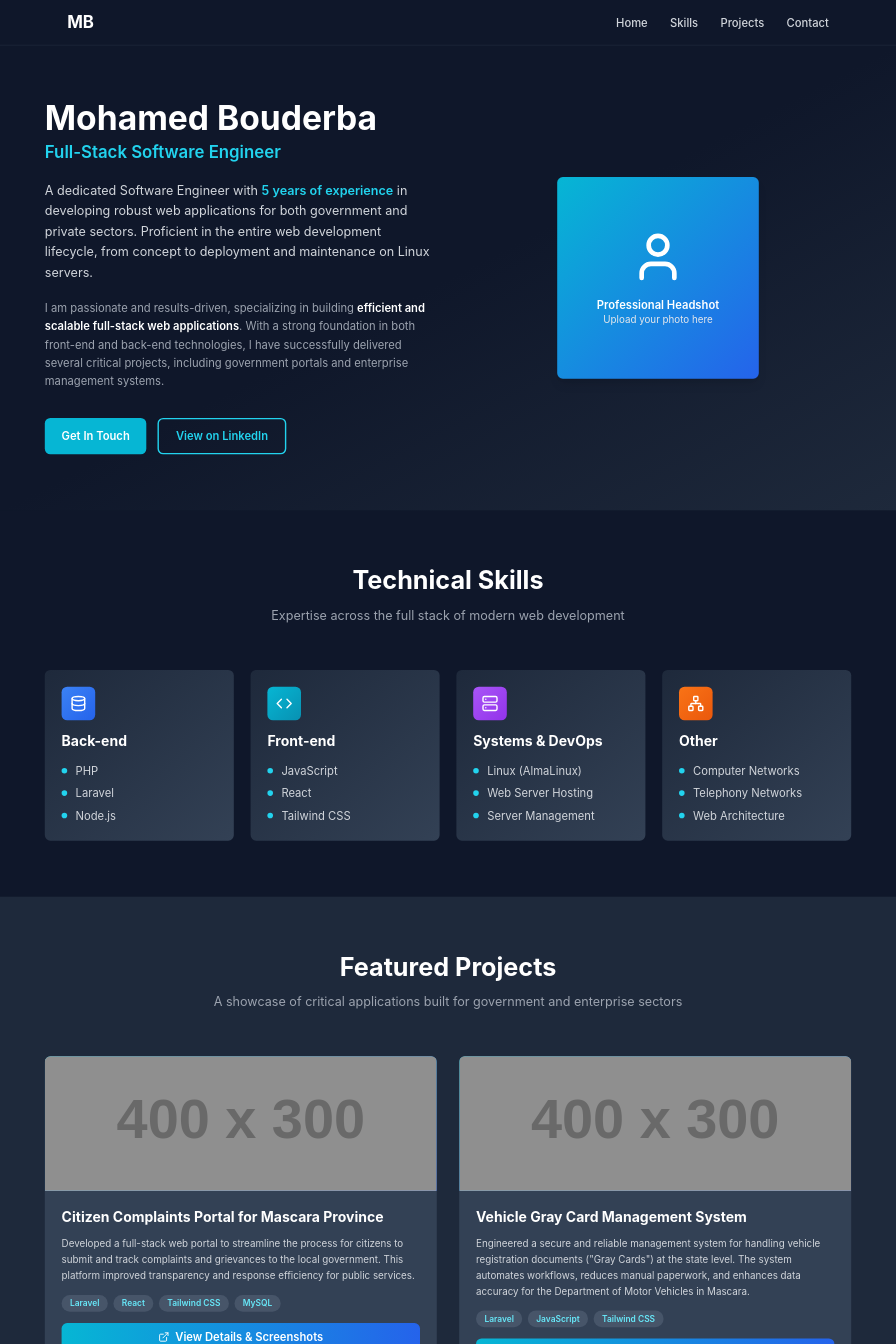
Repository: BouderbaM/portfloio
Page: /
These files come from the project's save history. The page is drawn as it stood at one moment and after the next save; the edit follows.
The browser window is 1280 px wide. The pictures show the part of the page from y = 0 to 1920 px (the page is 3404 px tall), at 70% of full size.
The project was rebuilt for these pictures with package versions that can differ from the ones it lists, and the page was loaded fresh each time. Also part of the build but not shown: vite.config.js.

Above is the page before, as saved 2025-11-29 20:32:43.

After the next save:
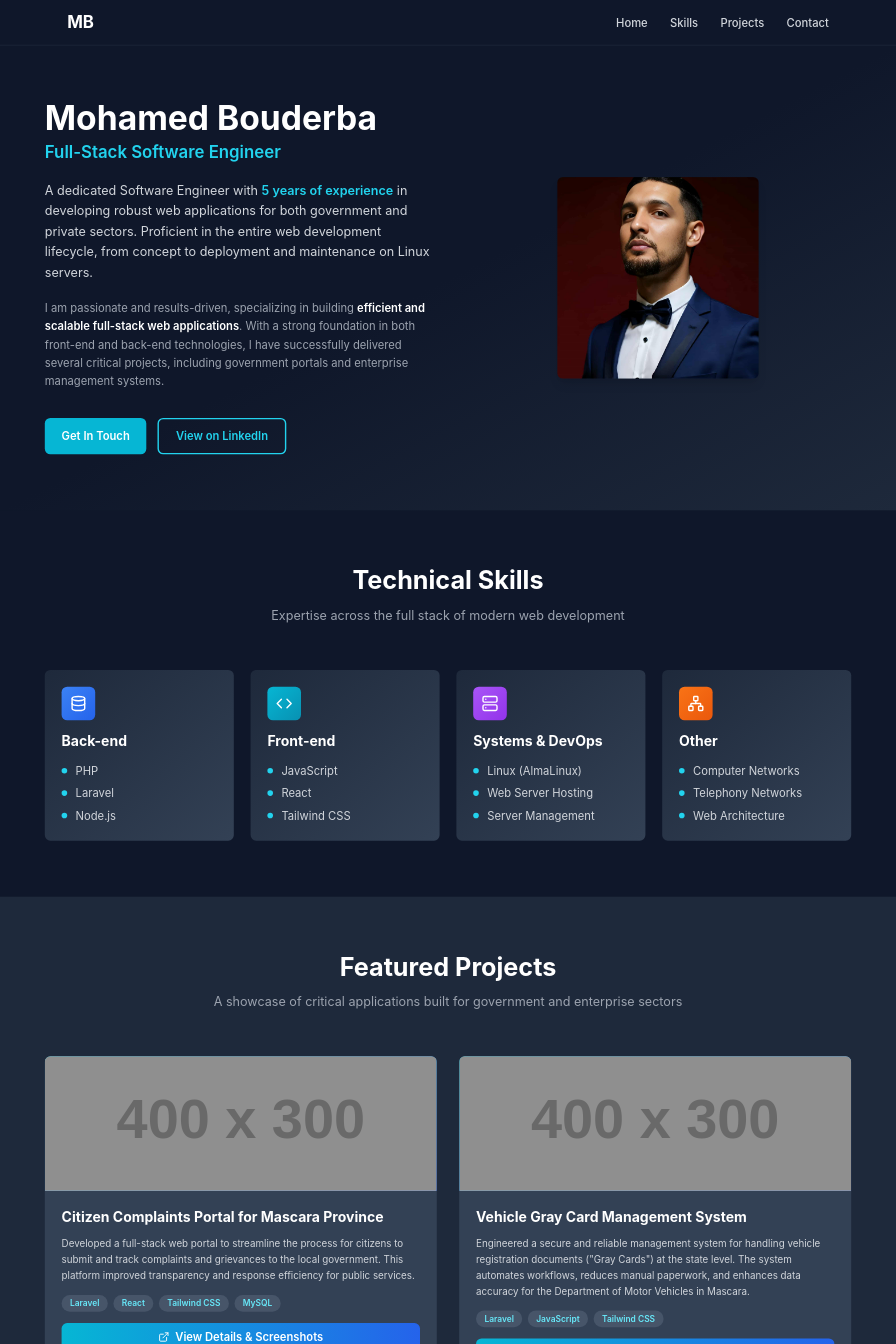
Saved 10 min 49 s later.
--- a/src/components/Hero.jsx
+++ b/src/components/Hero.jsx
@@ -42,15 +42,16 @@ export default function Hero() {
             </div>
           </div>
 
-          {/* Headshot Placeholder */}
+          {/* Headshot */}
           <div className="flex justify-center">
-            <div className="w-64 h-64 sm:w-72 sm:h-72 bg-gradient-to-br from-cyan-500 to-blue-600 rounded-lg flex items-center justify-center shadow-lg hover:shadow-2xl transition">
-              <div className="text-center">
-                <User size={80} className="text-white mx-auto mb-4" />
-                <p className="text-white font-semibold">Professional Headshot</p>
-                <p className="text-gray-200 text-sm">Upload your photo here</p>
-              </div>
-            </div>
+            <img
+              src="/headshot.jpg"
+              alt="Mohamed Bouderba"
+              className="w-64 h-64 sm:w-72 sm:h-72 rounded-lg shadow-lg hover:shadow-2xl transition object-cover"
+              onError={(e) => {
+                e.target.style.display = 'none';
+              }}
+            />
           </div>
         </div>
       </div>
